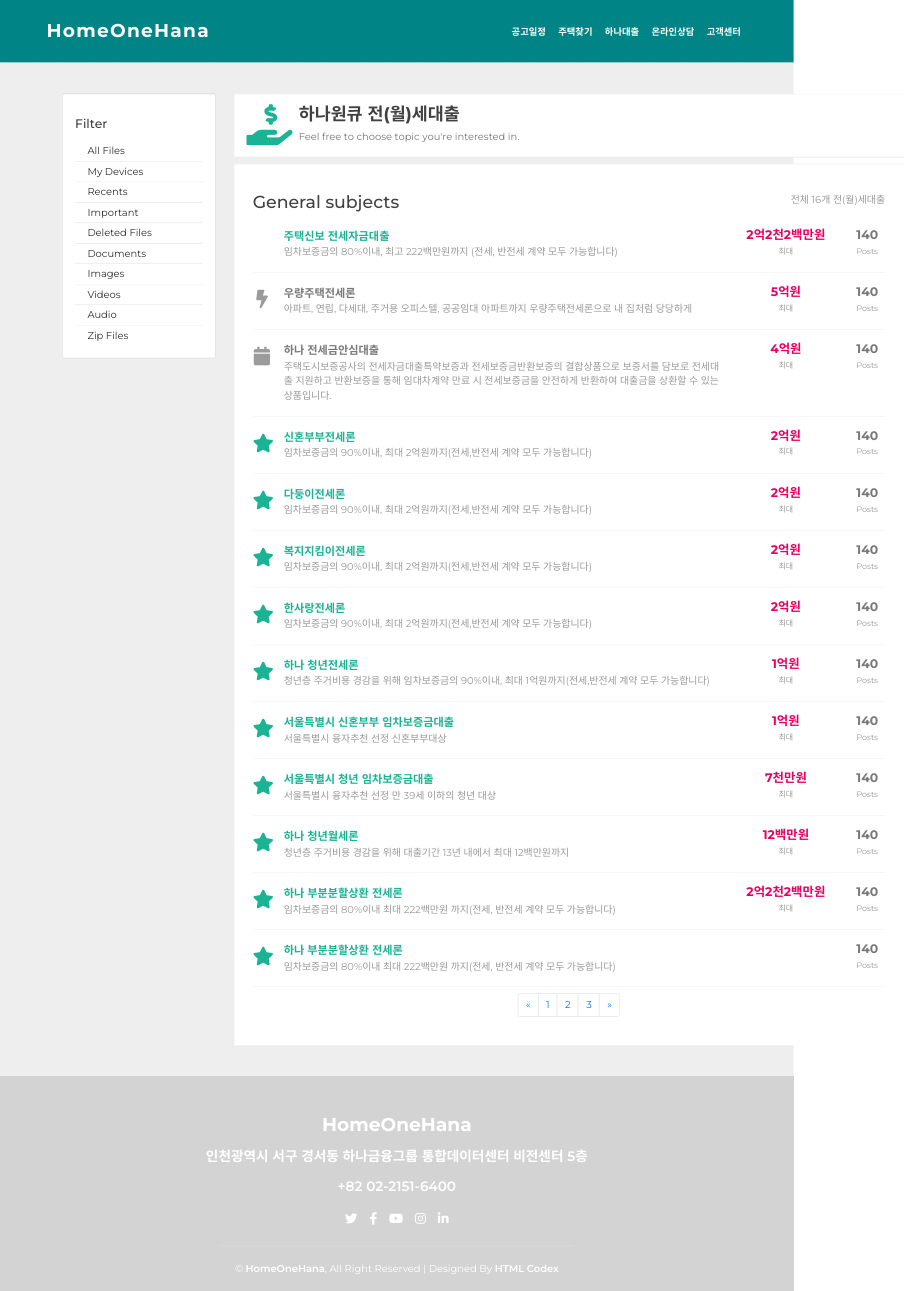
Repository: koposoftware/2021_10_syyoon
Page: http://localhost/HomeOneHana/WEB-INF/jsp/loan/loan.jsp
The author's editor kept a copy of each file at every save. The page is drawn from the files as they stood at one save, then again after the next save.
The browser window is 1280 px wide. The page is 1473 px wide, so the pictures cover 1473 px, including what lies to the right of the window. The pictures show the whole page, at 62% of full size.
Some icons come from a web library that is not loaded, so they are not drawn. Some web libraries are served in a nearby version. The page is served by Tomcat 9. Nobody is signed in. The template is opened directly, without the code that normally fills it, so the values that code supplies are empty.

Above is the page before, as saved 2021-09-14 05:08:41.

After the next save:
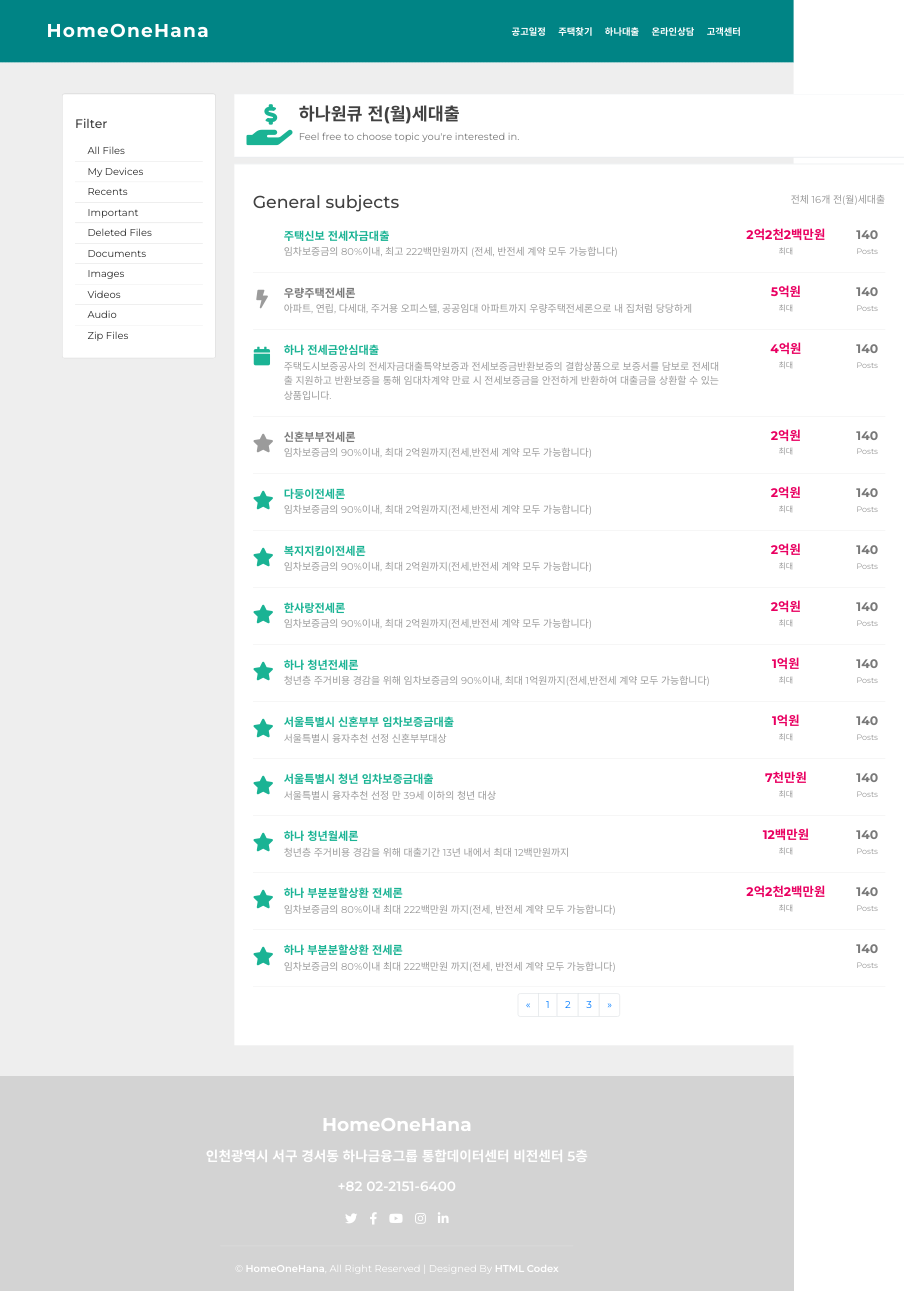
Saved 15 s later.
--- a/project/Spring-mvc/HomeOneHana/src/main/webapp/WEB-INF/jsp/loan/loan.jsp
+++ b/project/Spring-mvc/HomeOneHana/src/main/webapp/WEB-INF/jsp/loan/loan.jsp
@@ -128,7 +128,7 @@
 
 			                    </div>
 			                </div>
-			                <div class="forum-item">
+			                <div class="forum-item active">
 			                    <div class="row">
 			                        <div class="col-md-9">
 			                            <div class="forum-icon">
@@ -159,7 +159,7 @@
 
 			                    </div>
 			                </div>
-			                <div class="forum-item active">
+			                <div class="forum-item">
 			                    <div class="row">
 			                        <div class="col-md-9">
 			                            <div class="forum-icon">
